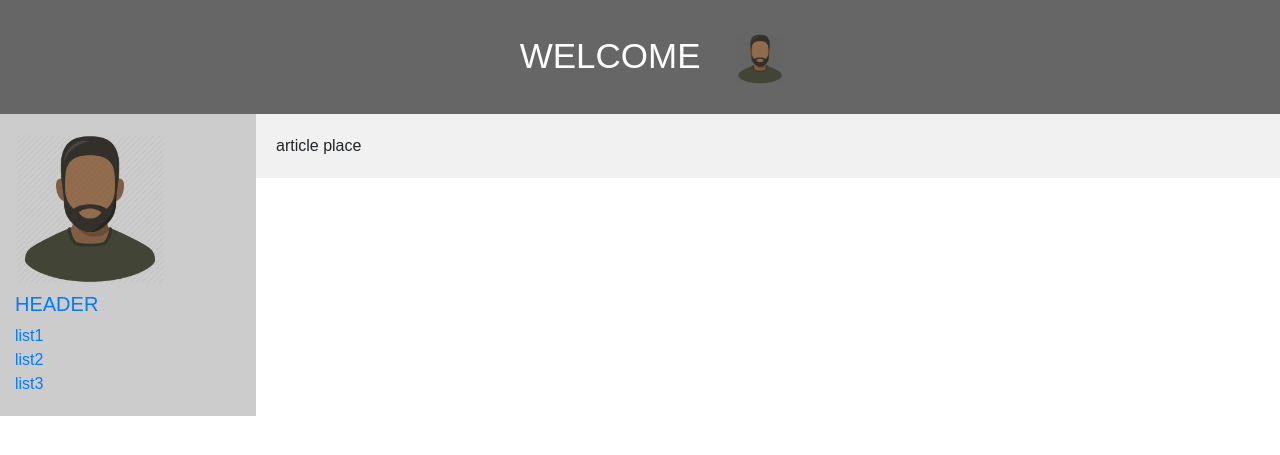
Repository: idrice24/IDRICE24-DASHBOARD
Page: html/header.html
The author's editor kept a copy of each file at every save. The page is drawn from the files as they stood at one save, then again after the next save.
The browser window is 1280 px wide. The pictures show the whole page.

Above is the page before, as saved 2020-09-03 23:45:45.

After the next save:
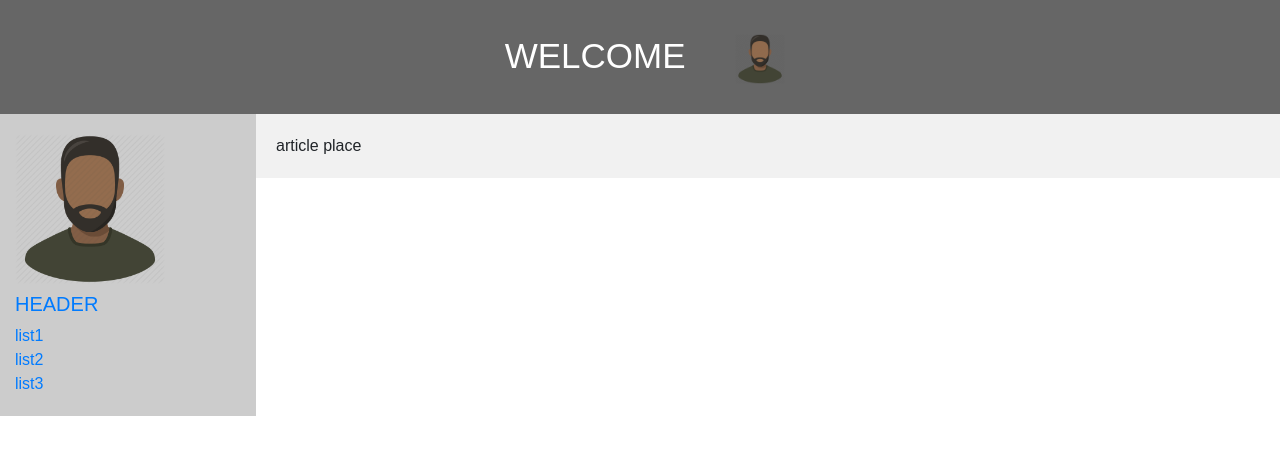
Saved 21 s later.
--- a/html/header.html
+++ b/html/header.html
@@ -13,7 +13,7 @@
 
 <body>
     <header>WELCOME
-        <div class="row" style="display:inline-block">
+        <div style="display:inline-block">
             <div class="col-md-1" style="display:inline-block">
                 <a href="../imgs/login2.PNG" class="thumbnail" style="display:inline-block">
                     <img src="../imgs/login2.PNG" alt="Pulpit Rock" style="width:50px;height:50px;display:inline-block">
